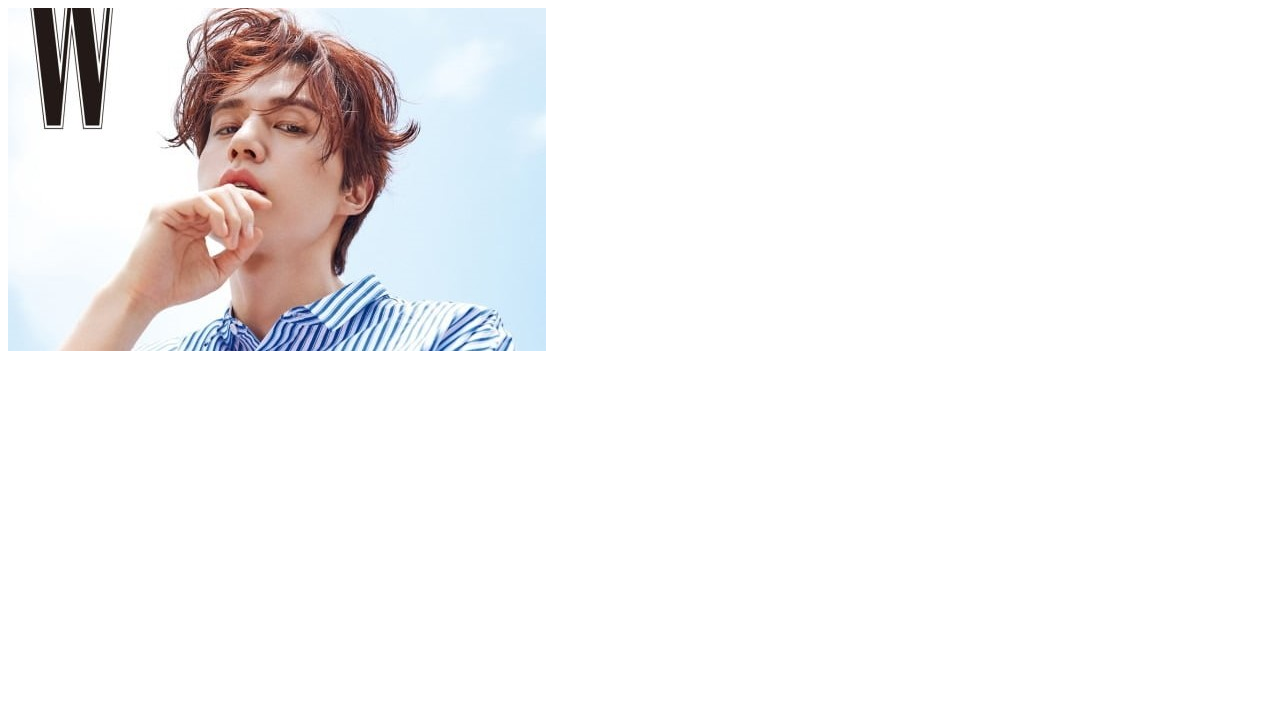
Repository: gpqls12321/public
Page: http://localhost/bizpoll/index.jsp
An editor plug-in stored every save of this project. The page is shown before and after the next save, followed by the edit.
The browser window is 1280 px wide. The pictures show the whole page.
The page is served by Tomcat 9.

Above is the page before, as saved 2021-04-19 04:05:03.

After the next save:
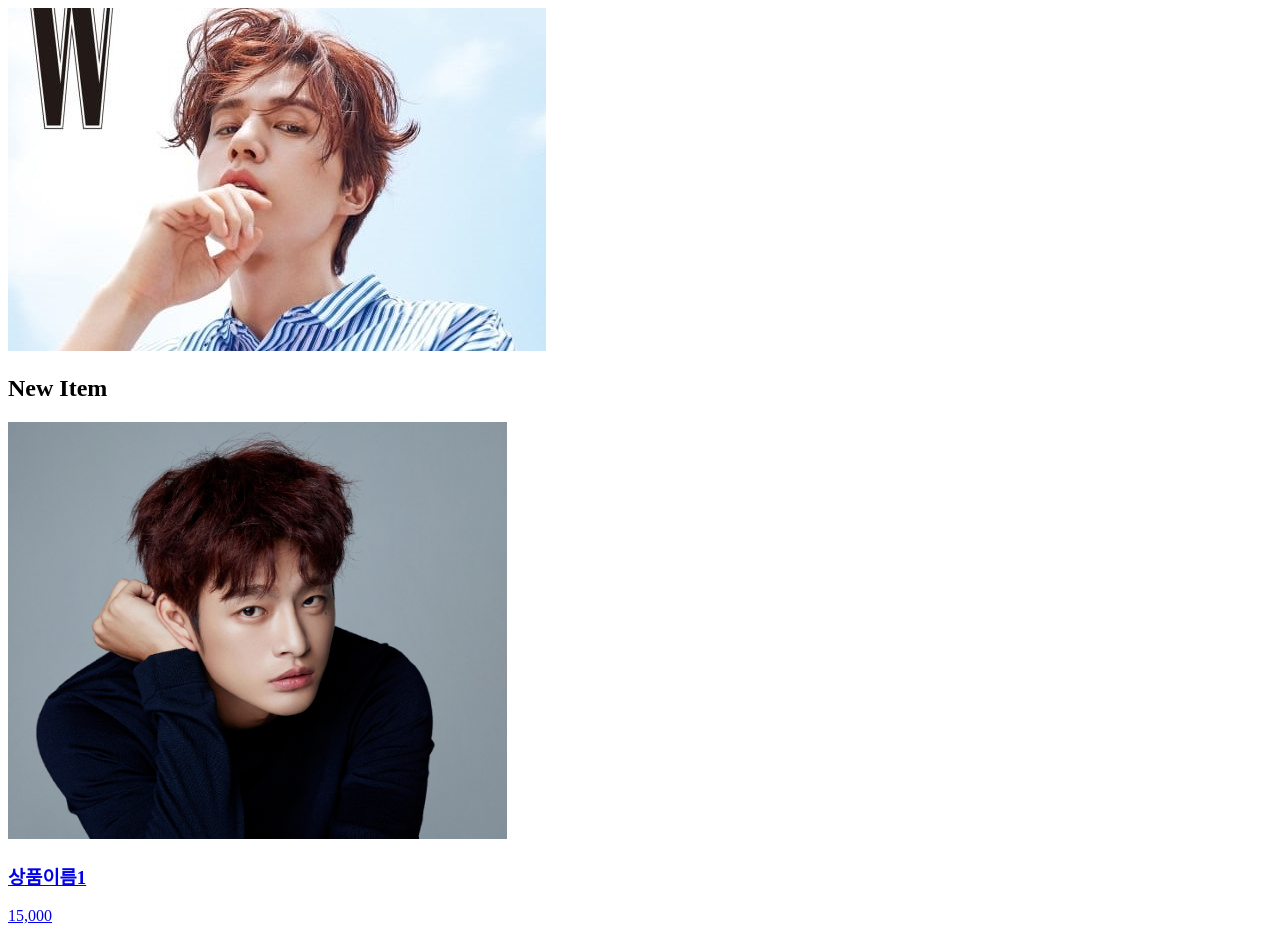
Saved 63 min 14 s later.
--- a/bizpoll/WebContent/index.jsp
+++ b/bizpoll/WebContent/index.jsp
@@ -12,5 +12,17 @@
 <div id="main_img">
 	<img alt="main_img" src="images/product_img/w-05.jpg">
 </div>
+<div id="front">
+	<h2>New Item</h2>
+	<div id="bestProduct">
+		<div id="item">
+			<a href="product_detail.bizpoll?p_code=">
+				<img alt="" src="images/product_img/w-09.png">
+				<h3>상품이름1</h3>
+				<p>15,000</p>
+			</a>
+		</div>
+	</div>
+</div>
 </body>
 </html>
